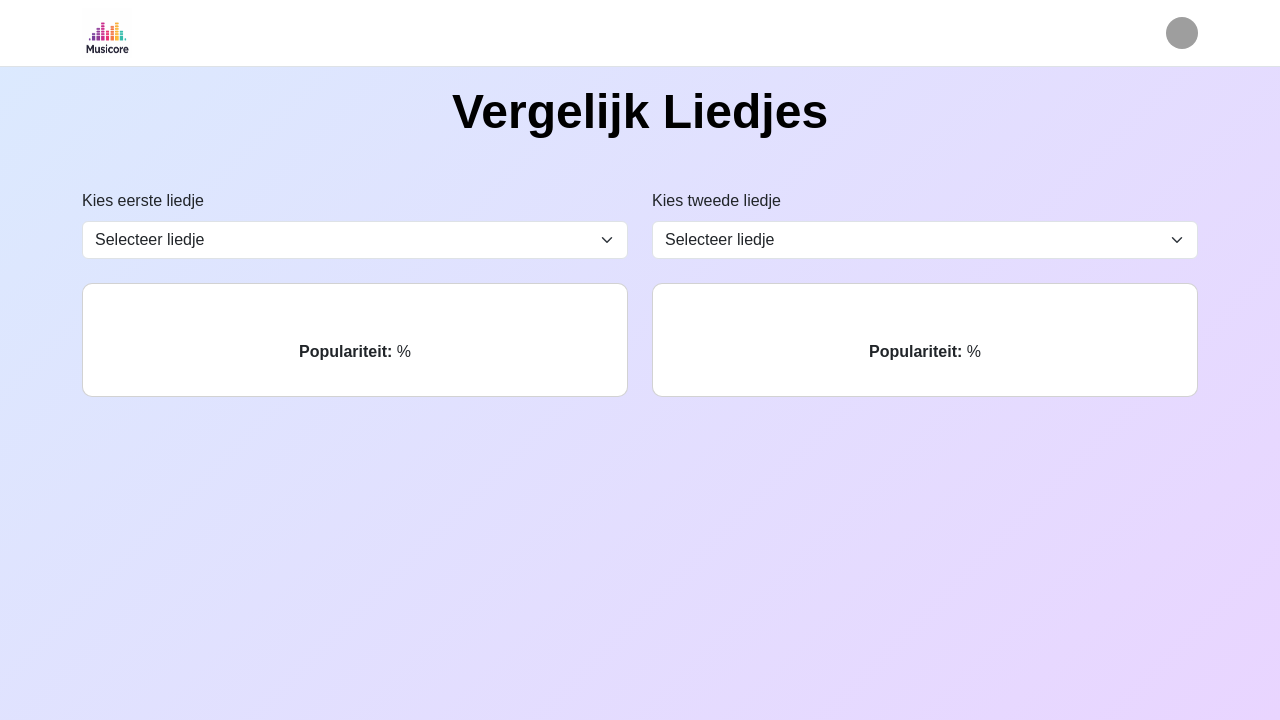
Repository: khadishat00/maskr
Page: maskr-frontend/compare.html
The author's editor kept a copy of each file at every save. The page is drawn from the files as they stood at one save, then again after the next save.
The browser window is 1280 px wide. The pictures show the whole page.
Pictures or frames that could not be fetched are drawn as grey boxes.

Above is the page before, as saved 2026-04-28 11:03:25.

After the next save:
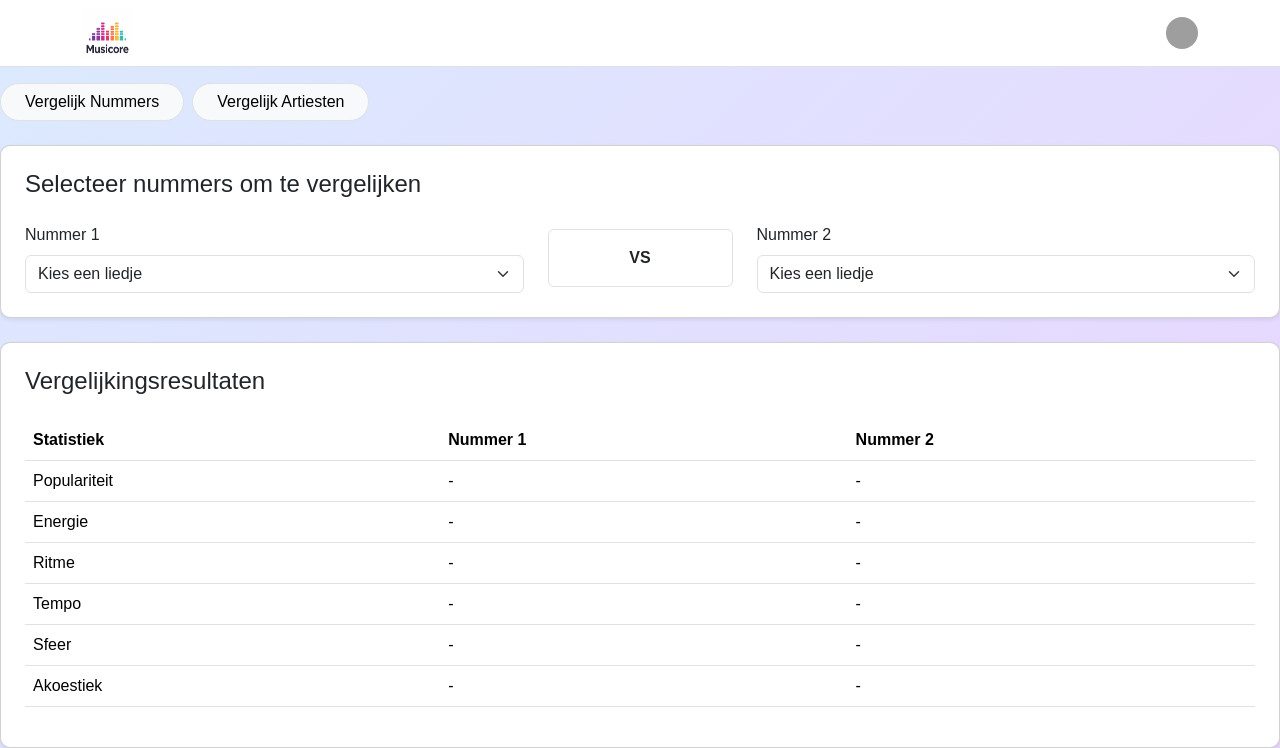
Saved 13 min 51 s later.
--- a/maskr-frontend/compare.html
+++ b/maskr-frontend/compare.html
@@ -36,58 +36,101 @@
     </div>
   </header>
 <body>
-<header class="text-center mb-5">
-    <h1 class="display-5 fw-bold text-black mb-3">
-        Vergelijk Liedjes
-        <div class="dropdown">
-                        <ul class="dropdown-menu dropdown-menu-end text-small shadow">
-                <li><a class="dropdown-item" href="#">Profiel</a></li>
-                <li><hr class="dropdown-divider" /></li>
-                <li><a class="dropdown-item" href="index.html">Afmelden</a></li>
-            </ul>
-        </div>
-    </div>
-</header>
+<div class="mb-4">
+        <div class="d-flex gap-2">
+            <button class="btn btn-light border rounded-pill px-4">
+                Vergelijk Nummers
+            </button>
 
-<div class="container">
-
-    <!-- dropdowns -->
-    <div class="row mb-4">
-        <div class="col-md-6">
-            <label class="form-label">Kies eerste liedje</label>
-            <select id="song1" class="form-select">
-                <option value="">Selecteer liedje</option>
-            </select>
-        </div>
-
-        <div class="col-md-6">
-            <label class="form-label">Kies tweede liedje</label>
-            <select id="song2" class="form-select">
-                <option value="">Selecteer liedje</option>
-            </select>
+            <button class="btn btn-light border rounded-pill px-4">
+                Vergelijk Artiesten
+            </button>
         </div>
     </div>
 
-    <div class="row g-4" id="compareResult">
+    <!-- Selecteer nummers -->
+    <div class="card p-4 mb-4 shadow-sm">
+        <h4 class="mb-4">Selecteer nummers om te vergelijken</h4>
 
-        <div class="col-md-6">
-            <div class="card p-3 text-center">
-                <img id="cover1" class="img-fluid rounded mb-3" style="max-height:300px; object-fit:cover;">
-                <h4 id="title1"></h4>
-                <p id="artist1"></p>
-                <p><strong>Populariteit:</strong> <span id="pop1"></span>%</p>
+        <div class="row align-items-center">
+
+            <!-- Nummer 1 -->
+            <div class="col-md-5">
+                <label class="form-label">Nummer 1</label>
+                <select id="song1" class="form-select">
+                    <option value="">Kies een liedje</option>
+                </select>
             </div>
+
+            <!-- VS -->
+            <div class="col-md-2 text-center">
+                <div class="border rounded p-3 fw-bold">
+                    VS
+                </div>
+            </div>
+
+            <!-- Nummer 2 -->
+            <div class="col-md-5">
+                <label class="form-label">Nummer 2</label>
+                <select id="song2" class="form-select">
+                    <option value="">Kies een liedje</option>
+                </select>
+            </div>
+
         </div>
+    </div>
 
-        <div class="col-md-6">
-            <div class="card p-3 text-center">
-                <img id="cover2" class="img-fluid rounded mb-3" style="max-height:300px; object-fit:cover;">
-                <h4 id="title2"></h4>
-                <p id="artist2"></p>
-                <p><strong>Populariteit:</strong> <span id="pop2"></span>%</p>
-            </div>
-        </div>
+    <!-- Resultaten -->
+    <div class="card p-4 shadow-sm">
+        <h4 class="mb-4">Vergelijkingsresultaten</h4>
 
+        <table class="table align-middle">
+            <thead>
+                <tr>
+                    <th>Statistiek</th>
+                    <th id="title1">Nummer 1</th>
+                    <th id="title2">Nummer 2</th>
+                </tr>
+            </thead>
+
+            <tbody>
+                <tr>
+                    <td>Populariteit</td>
+                    <td id="pop1">-</td>
+                    <td id="pop2">-</td>
+                </tr>
+
+                <tr>
+                    <td>Energie</td>
+                    <td id="energy1">-</td>
+                    <td id="energy2">-</td>
+                </tr>
+
+                <tr>
+                    <td>Ritme</td>
+                    <td id="dance1">-</td>
+                    <td id="dance2">-</td>
+                </tr>
+
+                <tr>
+                    <td>Tempo</td>
+                    <td id="tempo1">-</td>
+                    <td id="tempo2">-</td>
+                </tr>
+
+                <tr>
+                    <td>Sfeer</td>
+                    <td id="mood1">-</td>
+                    <td id="mood2">-</td>
+                </tr>
+
+                <tr>
+                    <td>Akoestiek</td>
+                    <td id="acoustic1">-</td>
+                    <td id="acoustic2">-</td>
+                </tr>
+            </tbody>
+        </table>
     </div>
 </div>
 
